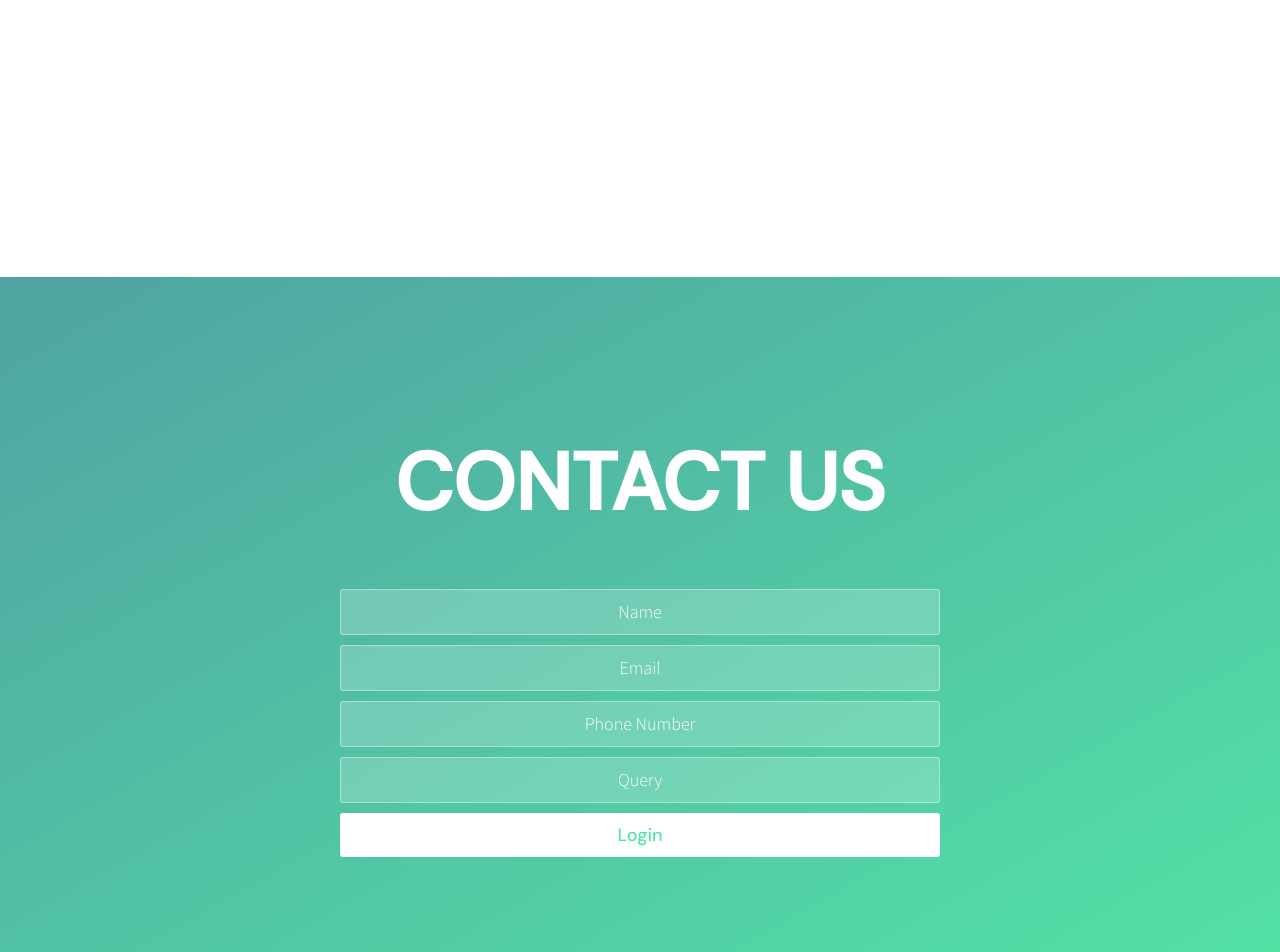
Repository: Jrap-bit/PeriodofSharing
Page: index.html
An editor plug-in stored every save of this project. The page is shown before and after the next save, followed by the edit.
The browser window is 1280 px wide. The pictures show the part of the page from y = 1280 to 2232 px (the page is 2277 px tall).

Above is the page before, as saved 2022-01-15 14:59:24.

### index.html
<!DOCTYPE html>
<html lang="en">
  <head>
    <meta charset="UTF-8" />
    <meta http-equiv="X-UA-Compatible" content="IE=edge" />
    <meta name="viewport" content="width=device-width, initial-scale=1.0" />
    <link rel="stylesheet" href="style.css" />
    <title>#PeriodofSharing</title>
  </head>
  <body>
    <nav>
      <div class="logo">
          <a href="#" class = "brand-title">Brand Name</a>
      </div>
      <ul>
          <li>
              <a href="#">Home</a>
          </li>
          <li>
              <a href="#">
              About
          </a>
          </li>
          <li>
              <a href="#">
              Contact
          </a>
          </li>
      </ul>
  </nav>
    <div id="Home" class="home">
      <h1>#PeriodofSharing</h1>
      <p>
        For every 30 Rupees that you donate, we will purchase one packet of sofy
        sanitary napkins that contain 8 pads. This packet of sanitary napkins
        will be distributed for free to girls in Govt. schools, slums,
        orphanages in the age group of 12 to 20.
      </p>
      <div>
        <a href="Donate.html"><button class="donate-button">Donate</button></a>
      </div>
    </div>
    <div id="About" class="about">
      <p>
        At any given time, girls across India cannot afford sanitary napkins.
        Instead they use cloth, grass, newspapers and other unhygienic materials
        that increase their risk of contracting infections. It is estimated that
        over 80% of all women in India do not have access to sanitary products
        during menstruation.
      </p>
      <p>
        Female menstruation is still considered a social taboo and as such, 9
        out of 10 girls are unaware of their menstrual cycles. The ones who are
        aware of it are not open to talking about it.
      </p>
      <p>
        Those who purchase their own sanitary products are all too familiar with
        their products being wrapped in paper to “shield” the public from any
        knowledge of the existence of a period.
      </p>
      <p>
        Our mission is to raise awareness on gender issues and bring it out in
        the open. Through our programs, we teach young girls that their
        menstrual cycles are natural, a sign of good reproductive health and is
        something they have in common with girls in countries worldwide!
        Furthermore, we hold sessions with the mothers of the girls to bring the
        topic of menstruation out into the open, allow them to ask questions and
        look at menstruation for the natural and healthy process it is.
      </p>
    </div>
    <div class="contact" id="Contact">
      <div class="wrapper">
        <div class="container">
          <form class="form">
            <h1 class="form-header">CONTACT US</h1>
            <input type="text" placeholder="Name" />
            <input type="text" placeholder="Email" />
            <input type="text" placeholder="Phone Number" />
            <input type="text" placeholder="Query" />
            <button type="submit" id="login-button">Login</button>
          </form>
        </div>
      </div>
    </div>
  </body>
</html>

### style.css
@import url('https://fonts.googleapis.com/css2?family=DM+Sans:wght@500&display=swap');
@import url('https://fonts.googleapis.com/css2?family=Bebas+Neue&family=Lobster&family=Permanent+Marker&display=swap');
@import url('https://fonts.googleapis.com/css?family=Source+Sans+Pro:200,300');


* {
    box-sizing: border-box;
    font-family: 'DM Sans', sans-serif;
    font-weight: 300;
}

body {
    margin: 0;
    padding: 0;
    font-family: 'Source Sans Pro', sans-serif;
	 color: black;
	 font-weight: 300;
}

body ::-webkit-input-placeholder {
    font-family: 'Source Sans Pro', sans-serif;
    color: white;
    font-weight: 300;
}
body :-moz-placeholder {
    font-family: 'Source Sans Pro', sans-serif;
    color: white;
    opacity: 1;
    font-weight: 300;
}
body ::-moz-placeholder {
    font-family: 'Source Sans Pro', sans-serif;
    color: white;
    opacity: 1;
    font-weight: 300;
}
body :-ms-input-placeholder {
    font-family: 'Source Sans Pro', sans-serif;
    color: white;
    font-weight: 300;
}
.wrapper {
    background: #50a3a2;
    background: -webkit-linear-gradient(top left,#50a3a2 0%,#53e3a6 100%);
    background: -moz-linear-gradient(top left,#50a3a2 0%,#53e3a6 100%);
    background: -o-linear-gradient(top left,#50a3a2 0%,#53e3a6 100%);
    background: linear-gradient(to bottom right,#50a3a2 0%,#53e3a6 100%);
    position: absolute;
    left: 0;
    width: 100%;
    height: 100vh;
    overflow: hidden;
}
.wrapper.form-success .container h1 {
    transform: translateY(85px);
}
.container {
    max-width: 600px;
    margin: 0 auto;
    padding: 80px 0;
    height: 400px;
    text-align: center;
}

.form-header{
    font-family: 'DM Sans', sans-serif;
    color: #fff;
    font-weight: 600;
    font-size: 5rem;
}

form {
    display:flexbox;
    justify-content: center;
    align-items: center;
    padding: 20px 0;
    position: relative;
    z-index: 2;
}
form input {
    display: block;
    appearance: none;
    outline: 0;
    border: 1px solid rgba(255,255,255,0.4);
    background-color: rgba(255,255,255,0.2);
    width: 100%;
    border-radius: 3px;
    padding: 10px 15px;
    margin: 0 auto 10px auto;
    text-align: center;
    font-size: 18px;
    color: white;
    transition-duration: 0.25s;
    font-weight: 300;
}
form input:hover {
    background-color: rgba(255,255,255,0.4);
}
form input:focus {
    background-color: white;
    width: 120%;
    color: #53e3a6;
}
form button {
    appearance: none;
    outline: 0;
    background-color: white;
    border: 0;
    padding: 10px 15px;
    color: #53e3a6;
    border-radius: 3px;
    width: 100%;
    cursor: pointer;
    font-size: 18px;
    transition-duration: 0.25s;
}
form button:hover {
    background-color: #f5f7f9;
}

html{
    scroll-behavior: smooth;
}

.donate-button{
    appearance: none;
    outline: 0;
    background-color: white;
    border: 0;
    padding: 10px 15px;
    color: #53e3a6;
    border-radius: 3px;
    width: 250px;
    cursor: pointer;
    font-size: 18px;
    transition-duration: 0.25s;
}
.donate-button:hover{
    background-color: #f5f7f9;
}

.brand-title{
    font-family: 'Lobster', cursive;
    font-size: 3rem;
    margin: 10px 50px;
    margin-bottom: 15px;
    margin-left: 2%;

}

nav a{
    text-decoration: none;
    color: white;
}
nav a::after{
    text-decoration: none;
}

nav {
    padding-left: 100px;
    padding-right: 100px;
}

nav,
nav ul {
    display: flex;
    justify-content: space-around;
    align-items: center;
    width: 100%;
}

nav {
    background-color: #283646;
    height: 80px;
}

nav ul li {
    font-size: 1.3rem;
    font-family: 'Montserrat', sans-serif;
    list-style-type: none;
}

nav ul li a {
    text-decoration: none;
    color: white;
}

nav ul li a:hover {
    color: yellowgreen;
}

@media only screen and (max-width: 768px) {
    nav {
        padding: unset !important
    }
}

@media only screen and (max-width: 576px) {
    nav,
    nav ul {
        height: auto;
        display: flex;
        flex-flow: column wrap;
    }
    nav ul li {
        width: 100%;
    }
    nav ul li a {
        width: 100%;
        display: flex;
        align-items: center;
        justify-content: center;
        width: 100%;
        height: 50px;
    }
    nav ul li a:hover {
        color: white;
        background-color: yellowgreen;
    }
}


.about{
    height: 100vh;

}

.home{
    height: 100vh;
    background: url("https://csrbox.org/full_stories_img/1528786858Sanitary%20Pad%20Donation%20(8).JPG");
    filter: brightness(40%)
}

After the next save:
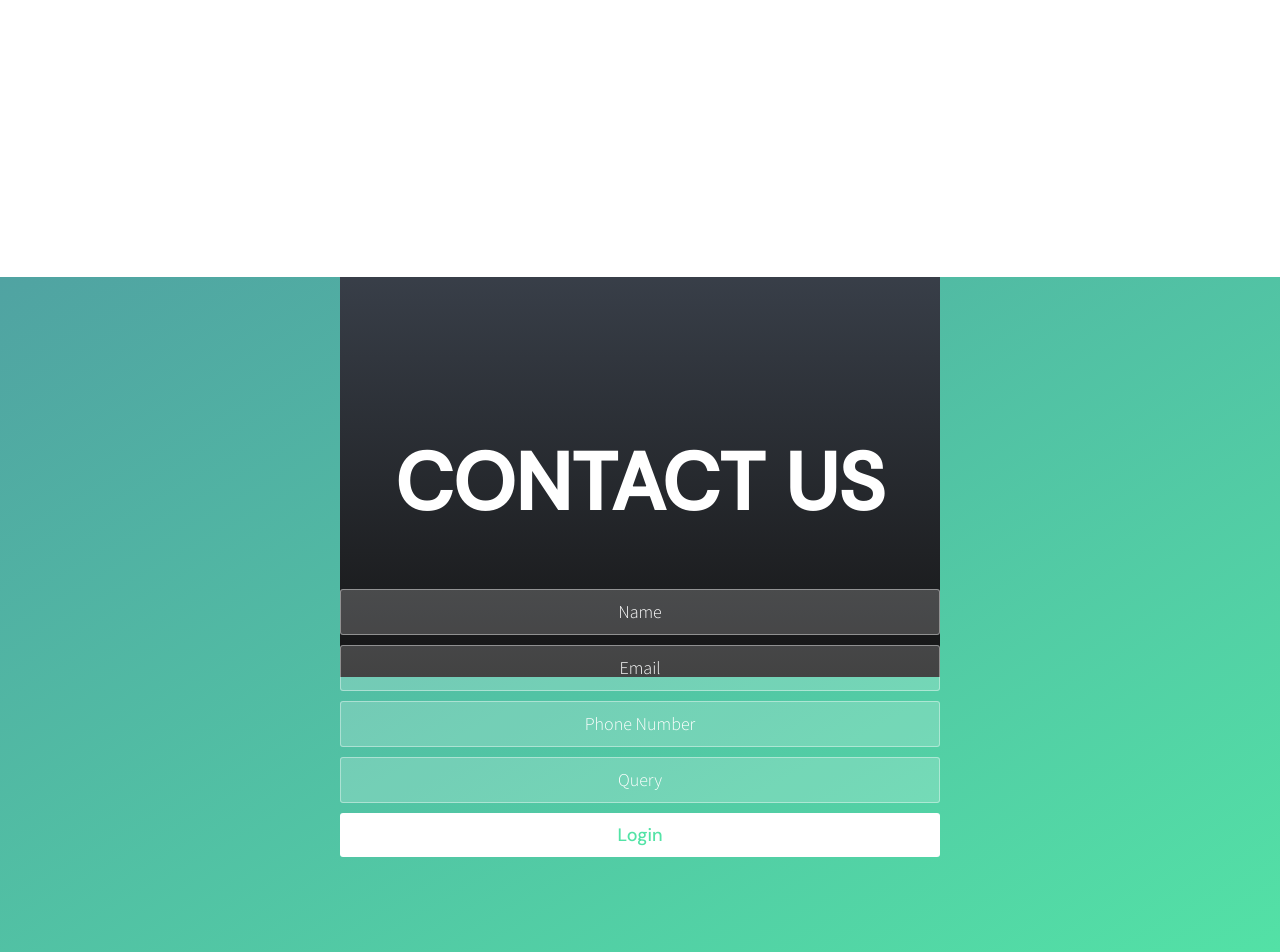
Saved 10 h 17 min later.
--- a/style.css
+++ b/style.css
@@ -60,6 +60,7 @@ body :-ms-input-placeholder {
     padding: 80px 0;
     height: 400px;
     text-align: center;
+    background: linear-gradient(rgba(51, 58, 69, 0.9), rgba(0, 0, 0, 0.8)), #686868;
 }
 
 .form-header{
